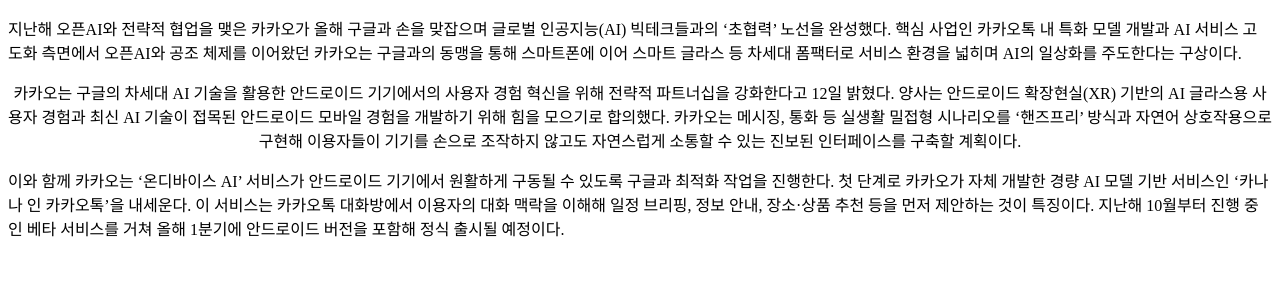
Repository: HongTaeHun337/HTML-CSS-JavaScript-
Page: html/HtmlTest/src/main/webapp/ex07_p.html
These files come from the project's save history. The page is drawn as it stood at one moment and after the next save; the edit follows.
The browser window is 1280 px wide. The pictures show the whole page.

Above is the page before, as saved 2026-02-13 00:12:58.

### html/HtmlTest/src/main/webapp/ex07_p.html
<!DOCTYPE html>
<html>
<head>
<meta charset="UTF-8">
<title>Insert title here</title>
</head>
<body>
	<!-- ex07_p.html -->
	<!--

		<p>, paragragh
		- 문단 태그
		- 텍스트 집합
		- 쌍태그, 혼합형

		<p align="center">

		<font>
		- 텍스트 서식
		- 쌍태그, 혼합형

	 -->

<p>지난해 오픈AI와 전략적 협업을 맺은 카카오가 올해 구글과 손을 맞잡으며 글로벌 인공지능(AI) 빅테크들과의 ‘초협력’ 노선을 완성했다. 핵심 사업인 카카오톡 내 특화 모델 개발과 AI 서비스 고도화 측면에서 오픈AI와 공조 체제를 이어왔던 카카오는 구글과의 동맹을 통해 스마트폰에 이어 스마트 글라스 등 차세대 폼팩터로 서비스 환경을 넓히며 AI의 일상화를 주도한다는 구상이다.</p>

<p align="center">카카오는 구글의 차세대 AI 기술을 활용한 안드로이드 기기에서의 사용자 경험 혁신을 위해 전략적 파트너십을 강화한다고 12일 밝혔다. 양사는 안드로이드 확장현실(XR) 기반의 AI 글라스용 사용자 경험과 최신 AI 기술이 접목된 안드로이드 모바일 경험을 개발하기 위해 힘을 모으기로 합의했다. 카카오는 메시징, 통화 등 실생활 밀접형 시나리오를 ‘핸즈프리’ 방식과 자연어 상호작용으로 구현해 이용자들이 기기를 손으로 조작하지 않고도 자연스럽게 소통할 수 있는 진보된 인터페이스를 구축할 계획이다.</p>

<p>이와 함께 카카오는 ‘온디바이스 AI’ 서비스가 안드로이드 기기에서 원활하게 구동될 수 있도록 구글과 최적화 작업을 진행한다. 첫 단계로 카카오가 자체 개발한 경량 AI 모델 기반 서비스인 ‘카나나 인 카카오톡’을 내세운다. 이 서비스는 카카오톡 대화방에서 이용자의 대화 맥락을 이해해 일정 브리핑, 정보 안내, 장소·상품 추천 등을 먼저 제안하는 것이 특징이다. 지난해 10월부터 진행 중인 베타 서비스를 거쳐 올해 1분기에 안드로이드 버전을 포함해 정식 출시될 예정이다.</p>


</body>
</html>

After the next save:
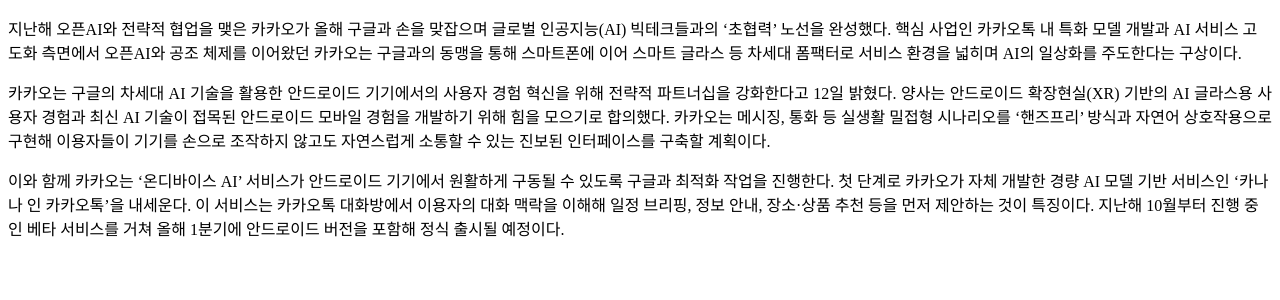
Saved 22 s later.
--- a/html/HtmlTest/src/main/webapp/ex07_p.html
+++ b/html/HtmlTest/src/main/webapp/ex07_p.html
@@ -23,7 +23,7 @@
 
 <p>지난해 오픈AI와 전략적 협업을 맺은 카카오가 올해 구글과 손을 맞잡으며 글로벌 인공지능(AI) 빅테크들과의 ‘초협력’ 노선을 완성했다. 핵심 사업인 카카오톡 내 특화 모델 개발과 AI 서비스 고도화 측면에서 오픈AI와 공조 체제를 이어왔던 카카오는 구글과의 동맹을 통해 스마트폰에 이어 스마트 글라스 등 차세대 폼팩터로 서비스 환경을 넓히며 AI의 일상화를 주도한다는 구상이다.</p>
 
-<p align="center">카카오는 구글의 차세대 AI 기술을 활용한 안드로이드 기기에서의 사용자 경험 혁신을 위해 전략적 파트너십을 강화한다고 12일 밝혔다. 양사는 안드로이드 확장현실(XR) 기반의 AI 글라스용 사용자 경험과 최신 AI 기술이 접목된 안드로이드 모바일 경험을 개발하기 위해 힘을 모으기로 합의했다. 카카오는 메시징, 통화 등 실생활 밀접형 시나리오를 ‘핸즈프리’ 방식과 자연어 상호작용으로 구현해 이용자들이 기기를 손으로 조작하지 않고도 자연스럽게 소통할 수 있는 진보된 인터페이스를 구축할 계획이다.</p>
+<p align="justify">카카오는 구글의 차세대 AI 기술을 활용한 안드로이드 기기에서의 사용자 경험 혁신을 위해 전략적 파트너십을 강화한다고 12일 밝혔다. 양사는 안드로이드 확장현실(XR) 기반의 AI 글라스용 사용자 경험과 최신 AI 기술이 접목된 안드로이드 모바일 경험을 개발하기 위해 힘을 모으기로 합의했다. 카카오는 메시징, 통화 등 실생활 밀접형 시나리오를 ‘핸즈프리’ 방식과 자연어 상호작용으로 구현해 이용자들이 기기를 손으로 조작하지 않고도 자연스럽게 소통할 수 있는 진보된 인터페이스를 구축할 계획이다.</p>
 
 <p>이와 함께 카카오는 ‘온디바이스 AI’ 서비스가 안드로이드 기기에서 원활하게 구동될 수 있도록 구글과 최적화 작업을 진행한다. 첫 단계로 카카오가 자체 개발한 경량 AI 모델 기반 서비스인 ‘카나나 인 카카오톡’을 내세운다. 이 서비스는 카카오톡 대화방에서 이용자의 대화 맥락을 이해해 일정 브리핑, 정보 안내, 장소·상품 추천 등을 먼저 제안하는 것이 특징이다. 지난해 10월부터 진행 중인 베타 서비스를 거쳐 올해 1분기에 안드로이드 버전을 포함해 정식 출시될 예정이다.</p>
 
